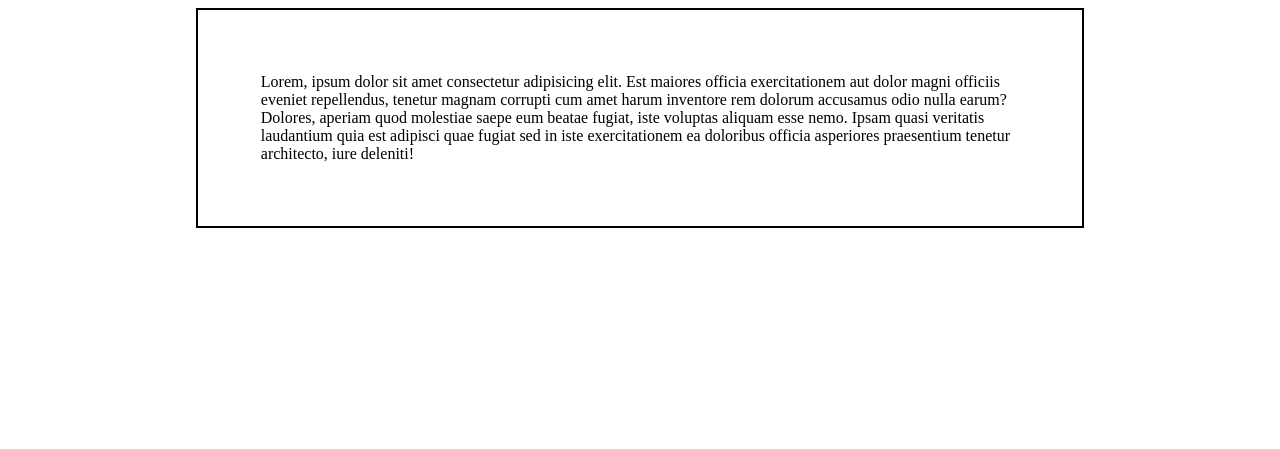
Repository: AdityaNarayan29/DSA
Page: Sorting/test.html
An editor plug-in stored every save of this project. The page is shown before and after the next save, followed by the edit.
The browser window is 1280 px wide. The pictures show the whole page.

Above is the page before, as saved 2021-09-24 08:46:46.

### Sorting/test.html
<!DOCTYPE html>
<html lang="en">
<head>
        <meta charset="UTF-8">
        <meta http-equiv="X-UA-Compatible" content="IE=edge">
        <meta name="viewport" content="width=device-width, initial-scale=1.0">
        <title>Document</title>
        <style>
                div{
                        padding: 5%;
                        border: 2px solid black;
                        margin: auto;
                }
                #element{
                        max-width: 60%;
                        max-height: 30%;
                }
        </style>
</head>
<body>
        <div id="element">Lorem, ipsum dolor sit amet consectetur adipisicing elit. Est maiores officia exercitationem aut dolor magni officiis eveniet repellendus, tenetur magnam corrupti cum amet harum inventore rem dolorum accusamus odio nulla earum? Dolores, aperiam quod molestiae saepe eum beatae fugiat, iste voluptas aliquam esse nemo. Ipsam quasi veritatis laudantium quia est adipisci quae fugiat sed in iste exercitationem ea doloribus officia asperiores praesentium tenetur architecto, iure deleniti!</div>
</body>
</html>

After the next save:
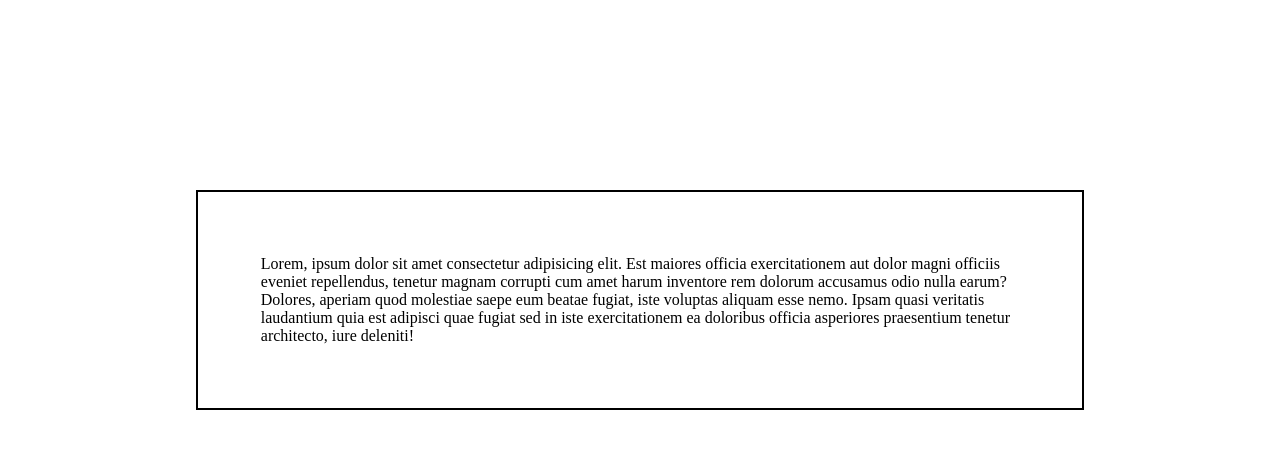
Saved 3 min 2 s later.
--- a/Sorting/test.html
+++ b/Sorting/test.html
@@ -10,6 +10,7 @@
                         padding: 5%;
                         border: 2px solid black;
                         margin: auto;
+                        margin-top: 15%;
                 }
                 #element{
                         max-width: 60%;
